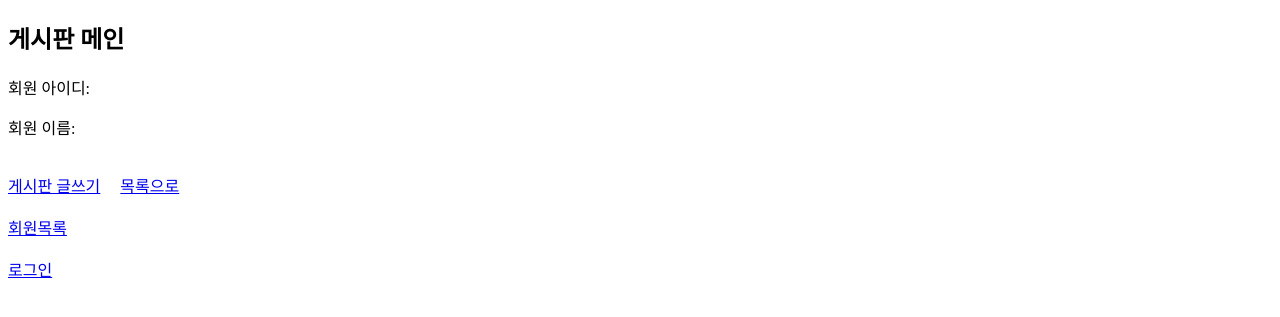
Repository: jieunheo/Spring
Page: http://localhost/springtest/
The author's editor kept a copy of each file at every save. The page is drawn from the files as they stood at one save, then again after the next save.
The browser window is 1280 px wide. The pictures show the whole page.
The page is served by Tomcat 9.

Above is the page before, as saved 2022-02-04 03:38:40.

After the next save:
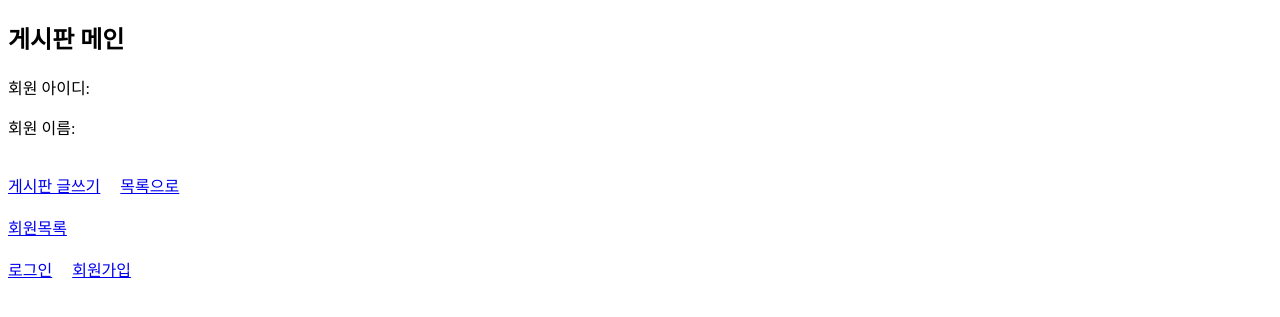
Saved 12 min 27 s later.
--- a/SpringWorkSpace/springtest/src/main/webapp/index.jsp
+++ b/SpringWorkSpace/springtest/src/main/webapp/index.jsp
@@ -18,6 +18,7 @@
 		<br><br>
 		<a href="<%=request.getContextPath()%>/member/memberList.do">회원목록</a>
 		<br><br>
-		<a href="<%=request.getContextPath()%>/member/login.do">로그인</a>
+		<a href="<%=request.getContextPath()%>/member/login.do">로그인</a>&emsp;
+		<a href="<%=request.getContextPath()%>/member/Join.do">회원가입</a>
 	</body>
 </html>
